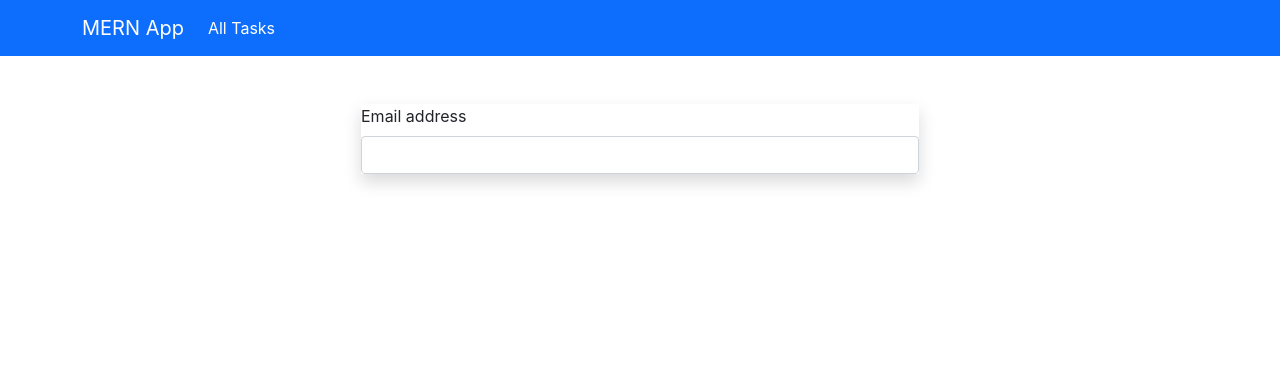
Repository: swathivanka444/MERN-CRUD
Page: /AddTask (app in frontend_crudapp_reactjs-master/)
The author's editor kept a copy of each file at every save. The page is drawn from the files as they stood at one save, then again after the next save.
The browser window is 1280 px wide. The pictures show the whole page.
The project was rebuilt for these pictures with package versions that can differ from the ones it lists, and the page was loaded fresh each time. Also part of the build but not shown: frontend_crudapp_reactjs-master/src/App.css, frontend_crudapp_reactjs-master/src/component/AllTasks.js.

Above is the page before, as saved 2023-08-29 13:00:29.

### frontend_crudapp_reactjs-master/public/index.html
<!DOCTYPE html>
<html lang="en">
  <head>
    <meta charset="utf-8" />
    <link rel="icon" href="%PUBLIC_URL%/favicon.ico" />
    <meta name="viewport" content="width=device-width, initial-scale=1" />
    <meta name="theme-color" content="#000000" />
    <meta
      name="description"
      content="Web site created using create-react-app"
    />
    <link rel="apple-touch-icon" href="%PUBLIC_URL%/logo192.png" />
    <!--
      manifest.json provides metadata used when your web app is installed on a
      user's mobile device or desktop. See https://developers.google.com/web/fundamentals/web-app-manifest/
    -->
    <link rel="manifest" href="%PUBLIC_URL%/manifest.json" />
    <!--
      Notice the use of %PUBLIC_URL% in the tags above.
      It will be replaced with the URL of the `public` folder during the build.
      Only files inside the `public` folder can be referenced from the HTML.

      Unlike "/favicon.ico" or "favicon.ico", "%PUBLIC_URL%/favicon.ico" will
      work correctly both with client-side routing and a non-root public URL.
      Learn how to configure a non-root public URL by running `npm run build`.
    -->

    <title>MERN App</title>
    <link href="https://cdn.jsdelivr.net/npm/bootstrap@5.0.2/dist/css/bootstrap.min.css" rel="stylesheet" integrity="sha384-EVSTQN3/azprG1Anm3QDgpJLIm9Nao0Yz1ztcQTwFspd3yD65VohhpuuCOmLASjC" crossorigin="anonymous">
  </head>
  <body>
    <noscript>You need to enable JavaScript to run this app.</noscript>
    <div id="root"></div>
    <!--
      This HTML file is a template.
      If you open it directly in the browser, you will see an empty page.

      You can add webfonts, meta tags, or analytics to this file.
      The build step will place the bundled scripts into the <body> tag.

      To begin the development, run `npm start` or `yarn start`.
      To create a production bundle, use `npm run build` or `yarn build`.
    -->
    <script src="https://cdn.jsdelivr.net/npm/bootstrap@5.0.2/dist/js/bootstrap.bundle.min.js" integrity="sha384-MrcW6ZMFYlzcLA8Nl+NtUVF0sA7MsXsP1UyJoMp4YLEuNSfAP+JcXn/tWtIaxVXM" crossorigin="anonymous"></script>
  </body>
</html>

### frontend_crudapp_reactjs-master/src/App.js
  import './App.css';
  import {
    createBrowserRouter,
    RouterProvider,
    Routes,
    Route,
    Link,
    BrowserRouter,
  } from "react-router-dom";
import AllTasks from './component/AllTasks';
import Navbar from './component/Navbar';
import AddTask from './component/AddTask';

function App() {
  return (
 <>
<BrowserRouter>
<Navbar/>
<Routes>
    <Route path='/' element={<AllTasks/>}/>
    <Route path='/AddTask' element={<AddTask/>}/>
</Routes>
</BrowserRouter>
 </>
  );
}

export default App;

### frontend_crudapp_reactjs-master/src/component/Navbar.js
import React from "react";
export default function Navbar() {
    return (
        <nav className="navbar navbar-expand-lg navbar-light bg-primary">
            <div className="container">
                <a className="navbar-brand text-white" href="#">MERN App</a>
                <button className="navbar-toggler" type="button" data-bs-toggle="collapse" data-bs-target="#navbarSupportedContent" aria-controls="navbarSupportedContent" aria-expanded="false" aria-label="Toggle navigation">
                    <span className="navbar-toggler-icon"></span>
                </button>
                <div className="collapse navbar-collapse" id="navbarSupportedContent">
                    <ul className="navbar-nav me-auto mb-2 mb-lg-0">
                        <li className="nav-item">
                            <a className="nav-link text-white"  href="#">All Tasks</a>
                        </li>

                    </ul>

                </div>
            </div>
        </nav>
    )
}

### frontend_crudapp_reactjs-master/src/component/AddTask.js
import React from "react";
export default function AddTask() {
    return (
        <div className="container mt-5">
            <form className="mx-auto w-50 shadow">
                <div class="mb-3 ">
                    <label for="exampleInputEmail1" class="form-label">Email address</label>
                    <input type="email" class="form-control" id="exampleInputEmail1" aria-describedby="emailHelp" />
                </div>
            </form>
        </div>
    )
}

Loaded but not shown: frontend_crudapp_reactjs-master/src/index.js (common file); frontend_crudapp_reactjs-master/src/index.css (common file)

After the next save:
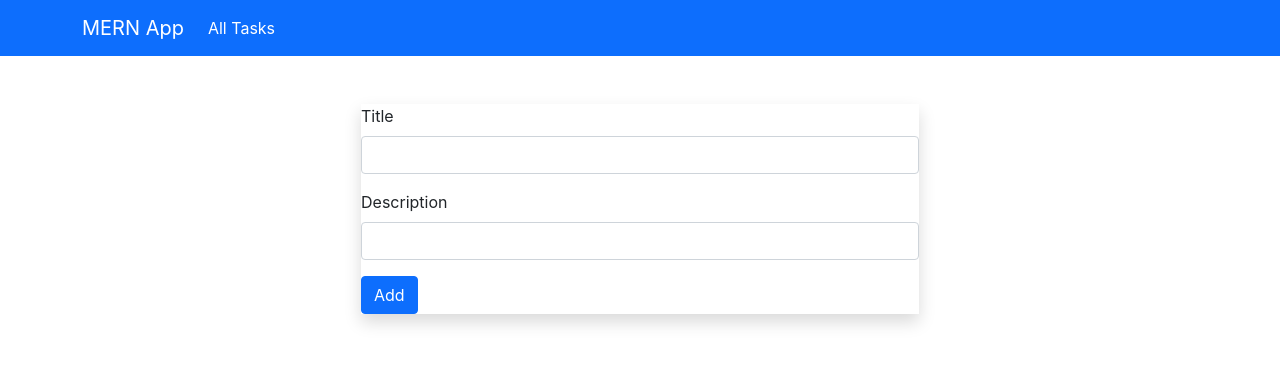
Saved 2 min 22 s later.
--- a/frontend_crudapp_reactjs-master/src/component/AddTask.js
+++ b/frontend_crudapp_reactjs-master/src/component/AddTask.js
@@ -3,10 +3,16 @@ export default function AddTask() {
     return (
         <div className="container mt-5">
             <form className="mx-auto w-50 shadow">
+
                 <div class="mb-3 ">
-                    <label for="exampleInputEmail1" class="form-label">Email address</label>
-                    <input type="email" class="form-control" id="exampleInputEmail1" aria-describedby="emailHelp" />
+                    <label for="exampleInputEmail1" class="form-label">Title</label>
+                    <input type="text" class="form-control" id="exampleInputEmail1" aria-describedby="emailHelp" />
                 </div>
+                <div class="mb-3 ">
+                    <label for="exampleInputEmail1" class="form-label">Description</label>
+                    <input type="text" class="form-control" id="exampleInputEmail1" aria-describedby="emailHelp" />
+                </div>
+                <button className="btn btn-primary">Add</button>
             </form>
         </div>
     )
